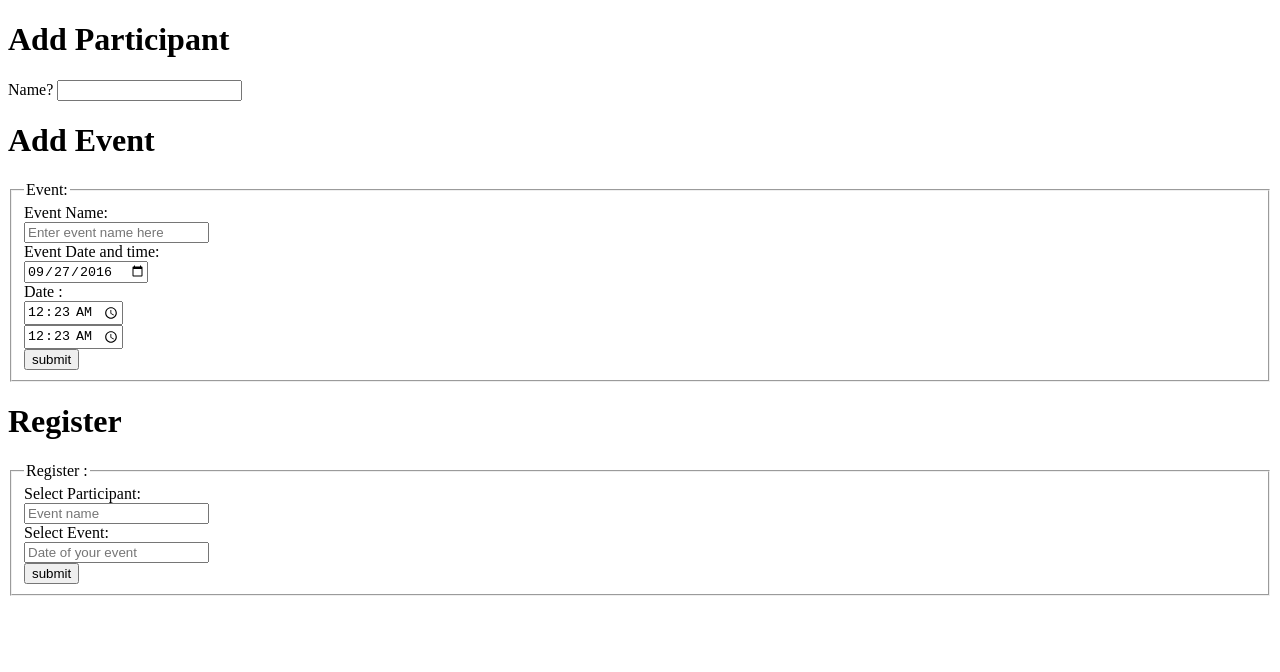
Repository: erickzhao/Event-Registration-Application
Page: http://localhost/
An editor plug-in stored every save of this project. The page is shown before and after the next save, followed by the edit.
The browser window is 1280 px wide. The pictures show the whole page.
The page is run by PHP 8.4 with error messages shown; the project is at /var/www/html/.

Above is the page before, as saved 2016-09-28 01:37:04.

After the next save:
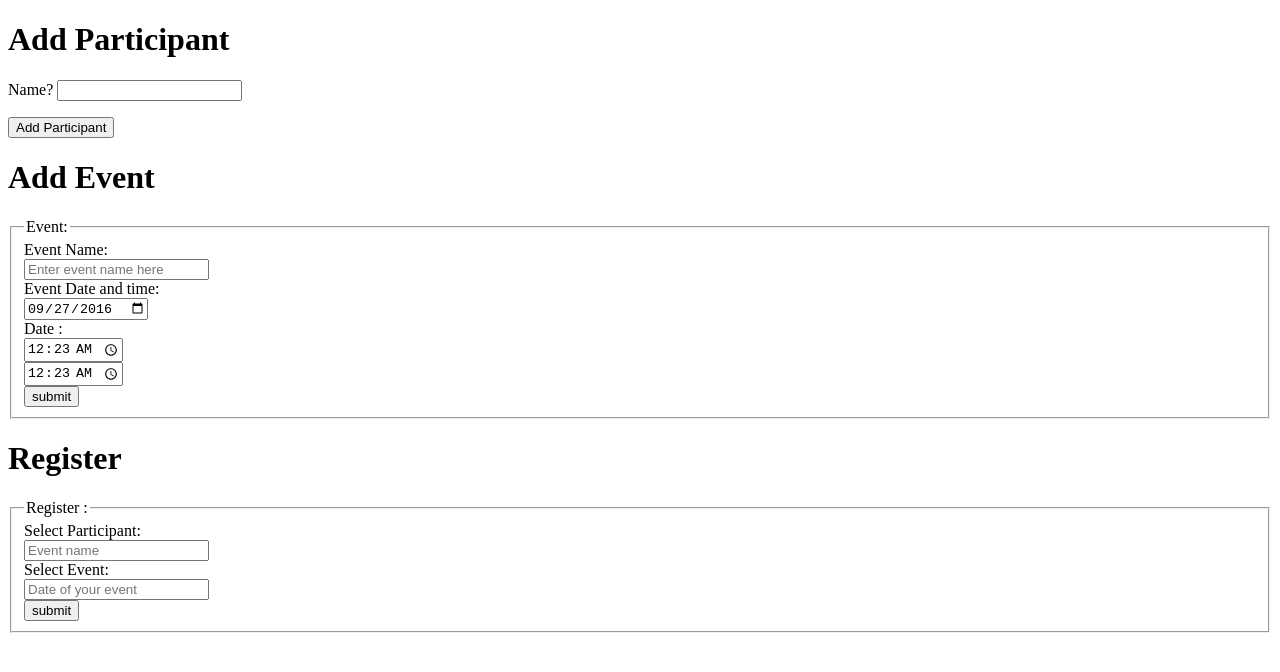
Saved 31 s later.
--- a/workspace-web/EventRegistration/EventRegistration/index.php
+++ b/workspace-web/EventRegistration/EventRegistration/index.php
@@ -22,6 +22,7 @@
 			}
 			?>
 			</span></p>
+			<p><input type="submit" value="Add Participant"/></p>
 		</form>
 
 		<h1>Add Event</h1>
